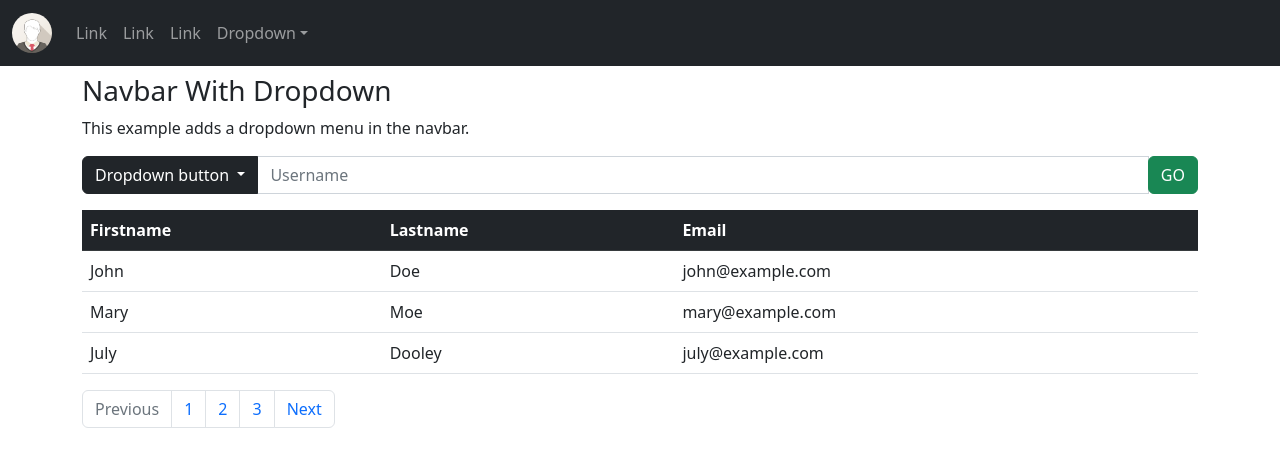
Repository: seoyeon0619/WebProgramming
Page: workspace1/myhome2/src/main/webapp/디자인/board.html
An editor plug-in stored every save of this project. The page is shown before and after the next save, followed by the edit.
The browser window is 1280 px wide. The pictures show the whole page.

Above is the page before, as saved 2022-12-30 01:25:16.

After the next save:
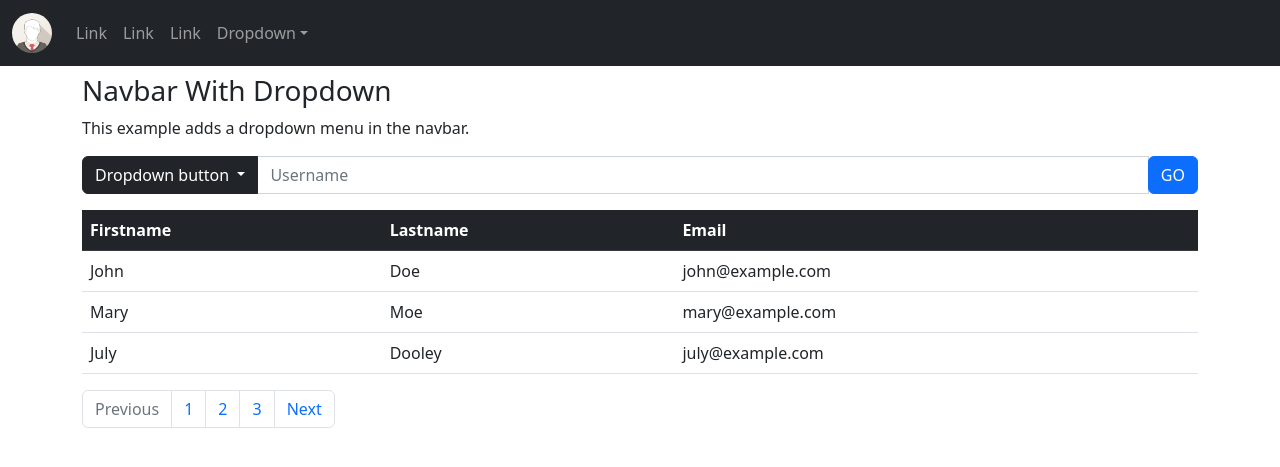
Saved 2 min 44 s later.
--- a/workspace1/myhome2/src/main/webapp/디자인/board.html
+++ b/workspace1/myhome2/src/main/webapp/디자인/board.html
@@ -59,7 +59,7 @@
     </ul>
     <input type="text" class="form-control" placeholder="Username">
     <div class="input-group-append">
-    	<button class="btn btn-success" type="button">GO</button>
+    	<button class="btn btn-primary" type="button">GO</button>
     </div>
   </div>
 
